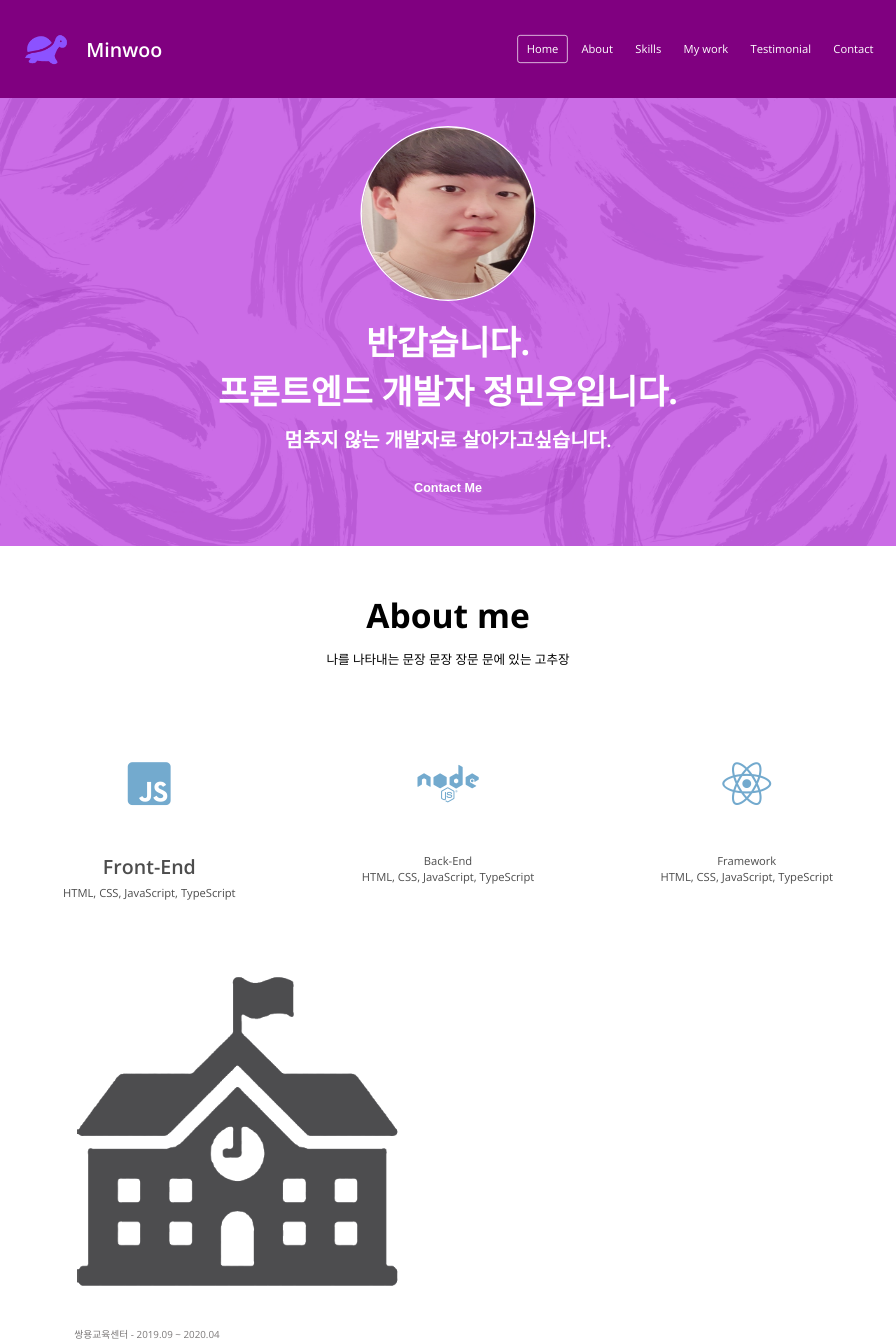
Repository: DevMinwoo-Jung/MinwooPortfolio
Page: index.html
The author's editor kept a copy of each file at every save. The page is drawn from the files as they stood at one save, then again after the next save.
The browser window is 1280 px wide. The pictures show the part of the page from y = 0 to 1920 px (the page is 5339 px tall before and 5199 px after), at 70% of full size.

Above is the page before, as saved 2021-06-01 15:16:44.

### index.html
<!DOCTYPE html>
<html lang="en">
<head>
  <meta charset="UTF-8">
  <meta http-equiv="X-UA-Compatible" content="IE=edge">
  <meta name="viewport" content="width=device-width, initial-scale=1.0">
  <title>Minwoo's Portfolio</title>
  <meta name="description" content="(will be) world-renowned Front-End Web developer Minwoo">
  <meta name="author" content= "Minwoo Jung">
  <link rel="icon" type ="image/png" href="imgs/favicon.png">
  <link rel="stylesheet" href="https://use.fontawesome.com/releases/v5.15.3/css/all.css" integrity="sha384-SZXxX4whJ79/gErwcOYf+zWLeJdY/qpuqC4cAa9rOGUstPomtqpuNWT9wdPEn2fk" crossorigin="anonymous">
  <link rel="preconnect" href="https://fonts.gstatic.com">
<link href="https://fonts.googleapis.com/css2?family=Open+Sans:wght@400;600;700&display=swap" rel="stylesheet">
<link rel="stylesheet" href="style.css">
<script src="main.js" defer></script>
</head>
<body>
  <!-- Navbar -->
  <nav id="navbar">
    <div class="navbar__logo">
      <img src="imgs/favicon.png" alt="">
      <a href="#">Minwoo</a>
    </div>
    <div class="navbar__menu">
      <ul class="navbar__menu">
        <li class="navbar__menu__item active">Home</li>
        <li class="navbar__menu__item">About</li>
        <li class="navbar__menu__item">Skills</li>
        <li class="navbar__menu__item">My work</li>
        <li class="navbar__menu__item">Testimonial</li>
        <li class="navbar__menu__item">Contact</li>
      </ul>
    </div>
  <!-- Toggle Button -->
      <button class="navbar__toggle-btn">
        <i class="fas fa-bars"></i>
      </button>
  </nav>


  <!-- Home -->
  <section id="home">
    <img src="imgs/myPhoto.jpg" alt="Minwoo's profile photo" class="home__avatar">
    <h1 class="home__title">반갑습니다. <br> 프론트엔드 개발자 정민우입니다.</h1>
    <h2 class="home__description">멈추지 않는 개발자로 살아가고싶습니다.</h2>
    <button class="home__contact">Contact Me</button>
  </section>
  <!-- About -->
  <section id="about" class="section section__container">
    <h1>About me</h1>
    <p>나를 나타내는 문장 문장 장문 문에 있는 고추장</p>
    <div class="aoubt__majors">
      <div class="major">
        <div class="major__icon">
          <i class="fab fa-js-square"></i>
        </div>
        <h2 class="major__title">Front-End</h2>
        <div class="major__description">
          HTML, CSS, JavaScript, TypeScript
        </div>
      </div>
      <div class="major">
        <div class="major__icon">
          <i class="fab fa-node"></i>
        </div>
        <div class="major__title">Back-End</div>
        <div class="major__description">
          HTML, CSS, JavaScript, TypeScript
        </div>
      </div>
      <div class="major">
        <div class="major__icon">
          <i class="fab fa-react"></i>
        </div>
        <div class="major__title">Framework</div>
        <div class="major__description">
          HTML, CSS, JavaScript, TypeScript
        </div>
      </div>
    </div>
    <div class="aoubt__jobs">
      <div class="job">
        <img src="imgs/school.png" alt="" class="job__logo">
      </div>
      <div class="job__description">
        <p class="job__period">쌍용교육센터 - 2019.09 ~ 2020.04</p>
      </div>
      <div class="job">
        <img src="imgs/school.png" alt="" class="job__logo">
      </div>
      <div class="job__description">
        <p class="job__period">호서대학교 - 2012.02 ~ 2017.02</p>
      </div>
    </div>



  </section>
  <!-- Skills -->
  <section id="skills" class="section">
    <div class="section__container">
      <h1>Skills</h1>
      <h2>Skills & Attributes</h2>
      <p>
        나를 잘 포장할 말을 쓰면 된다
      </p>
      <div class="skillset">
        <div class="skillset__left">
          <h3 class="skillset__title">Skills</h3>
          <div class="skill">
            <div class="skill__description">
              <span>HTML</span>
              <span>90%</span>
            </div>
            <div class="skill__bar">
              <div class="skill__value" style="width: 99%;"></div>
            </div>
          </div>
          <div class="skill">
            <div class="skill__description">
              <span>JavaScript</span>
              <span>90%</span>
            </div>
            <div class="skill__bar">
              <div class="skill__value"  style="width: 99%;"></div>
            </div>
          </div>
          <div class="skill">
            <div class="skill__description">
              <span>CSS</span>
              <span>90%</span>
            </div>
            <div class="skill__bar">
              <div class="skill__value"  style="width: 90%;"></div>
            </div>
          </div>
          <div class="skill">
            <div class="skill__description">
              <span>TypeScript</span>
              <span>90%</span>
            </div>
            <div class="skill__bar">
              <div class="skill__value"  style="width: 85%;"></div>
            </div>
          </div>
          <div class="skill">
            <div class="skill__description">
              <span>NodeJs</span>
              <span>90%</span>
            </div>
            <div class="skill__bar">
              <div class="skill__value"  style="width: 80%;"></div>
            </div>
          </div>
        </div>
        <div class="skillset__right">
          <div class="tools">
            <h3 class="skillset__title">Tools</h3>
            <ul class="tools__list">
              <li><span>Visual Studio Code</span></li>
              <li><span>1</span></li>
              <li><span>2</span></li>
              <li><span>3</span></li>
              <li><span>4</span></li>
            </ul>
          </div>
          <div class="etc">
            <h3 class="skillset__title">Etc</h3>
            <ul class="etc__list">
              <li><span>Git</span></li>
              <li><span>Etc</span></li>
            </ul>
          </div>
        </div>
      </div>
    </div>
  </section>
  <!-- Work -->
  <section id="work" class="section">
<div class="section__container">
  <h1>My work</h1>
  <h3>Projects</h3>
  <div class="work__categories">
    <button class="category__btn active">All <span class="category__count">8</span></button>
    <button class="category__btn">Front-End <span class="category__count">3</span></button>
    <button class="category__btn">React <span class="category__count">2</span></button>
    <button class="category__btn">vanilaJs <span class="category__count">2</span></button>
    <button class="category__btn">nodeJs <span class="category__count">1</span></button>
  </div>
  <div class="work__projects">
    <a href="mygithub" class="project" target="blank" data-type="back-end">
    <img class="project__img" src="imgs/favicon.png" alt="project1">
    <!-- 이미지 추후에 넣자 -->
    <div class="project__description">
      <h3>Proejct</h3>
      <span>Clone coding with HTML and CSS</span>
    </div>
    </a>
    <a href="mygithub" class="project" target="blank" data-type="back-end">
      <img class="project__img" src="imgs/favicon.png" alt="project1">
      <!-- 이미지 추후에 넣자 -->
      <div class="project__description">
        <h3>Proejct</h3>
        <span>Clone coding with HTML and CSS</span>
      </div>
      </a>
      <a href="mygithub" class="project" target="blank" data-type="back-end">
        <img class="project__img" src="imgs/favicon.png" alt="project1">
        <!-- 이미지 추후에 넣자 -->
        <div class="project__description">
          <h3>Proejct</h3>
          <span>Clone coding with HTML and CSS</span>
        </div>
      </a>
      <a href="mygithub" class="project" target="blank" data-type="back-end">
        <img class="project__img" src="imgs/favicon.png" alt="project1">
        <!-- 이미지 추후에 넣자 -->
        <div class="project__description">
          <h3>Proejct</h3>
          <span>Clone coding with HTML and CSS</span>
        </div>
      </a>
      <a href="mygithub" class="project" target="blank" data-type="back-end">
        <img class="project__img" src="imgs/favicon.png" alt="project1">
        <!-- 이미지 추후에 넣자 -->
        <div class="project__description">
          <h3>Proejct</h3>
          <span>Clone coding with HTML and CSS</span>
        </div>
      </a>
      <a href="mygithub" class="project" target="blank" data-type="back-end">
        <img class="project__img" src="imgs/favicon.png" alt="project1">
        <!-- 이미지 추후에 넣자 -->
        <div class="project__description">
          <h3>Proejct</h3>
          <span>Clone coding with HTML and CSS</span>
        </div>
      </a>
      <a href="mygithub" class="project" target="blank" data-type="back-end">
        <img class="project__img" src="imgs/favicon.png" alt="project1">
        <!-- 이미지 추후에 넣자 -->
        <div class="project__description">
          <h3>Proejct</h3>
          <span>Clone coding with HTML and CSS</span>
        </div>
      </a>
      <a href="mygithub" class="project" target="blank" data-type="back-end">
        <img class="project__img" src="imgs/favicon.png" alt="project1">
        <!-- 이미지 추후에 넣자 -->
        <div class="project__description">
          <h3>Proejct</h3>
          <span>Clone coding with HTML and CSS</span>
        </div>
      </a>
  </div>
</div>
  </section>
  <!-- Testimonials -->
  <section id="testimonials" class="section">
<div class="section__container">
  <h1>Testmonials</h1>
  <h3>See what they say about me</h3>
  <div class="testimonials">
    <div class="testimonial">
      <img src="imgs/testimonail/people.jpg" alt="" class="testimonial__avatar">
      <div class="testimonail__speech-bubble">
        <p>Lorem Ipsum is simply dummy text of the printing and typesetting industry. Lorem Ipsum has been the industry's standard dummy text ever since the 1500s, when an unknown printer took a galley of type and scrambled it to make a type specimen book. It has survived not only five centuries, but also the leap into electronic typesetting, remaining essentially unchanged. It was popularised in the 1960s with the release of Letraset sheets containing Lorem Ipsum passages, and more recently with desktop publishing software like Aldus PageMaker including versions of Lorem Ipsum.</p>
        <p class="name"><a href="">이름</a>일한곳</p>
      </div>
    </div>
    <div class="testimonial">
      <div class="testimonail__speech-bubble">
        <p>Lorem Ipsum is simply dummy text of the printing and typesetting industry. Lorem Ipsum has been the industry's standard dummy text ever since the 1500s, when an unknown printer took a galley of type and scrambled it to make a type specimen book. It has survived not only five centuries, but also the leap into electronic typesetting, remaining essentially unchanged. It was popularised in the 1960s with the release of Letraset sheets containing Lorem Ipsum passages, and more recently with desktop publishing software like Aldus PageMaker including versions of Lorem Ipsum.</p>
        <p class="name"><a href="">이름</a>일한곳</p>
      </div>
      <img src="imgs/testimonail/people.jpg" alt="" class="testimonial__avatar">
    </div>
  </div>
</div>
  </section>
  <!-- Contact -->
  <section id="contact" class="section">
    <h1 class="contact__title">Let's talk</h1>
    <h2 class="contact__email">applejung312@gmail.com</h2>
    <div class="contact__links">
      <a href="https://github.com/DevMinwoo-Jung" target="_blank">
        <i class="fab fa-github"></i>
      </a>
      <a href="https://dev-minwoo.tistory.com/" target="_blank">
        <i class="fas fa-blog"></i>
      </a>
    </div>
    <p class="contact__right">
      2021 Minwoo Jung - All rights reseverd
    </p>
  </section>
</body>
</html>

### style.css
/* Global */
:root {
  /* Color */
  --color-white: #ffffff;
  --color-light-white: #eeeeee;
  --color-dark-white: #bdbdbd;
  --color-pink: #fe918d;
  --color-dark-pink: #ff6863;
  --color-dark-grey: #4d4d4d;
  --color-grey: #616161;
  --color-light-grey: #7c7979;
  --color-blue: #73aace;
  --color-yellow: #fff7d1;
  --color-orange: #feb546;
  --color-black: #000000;
  --color-dard-purple: rgb(78, 23, 69);

  /* Font size */
  --font-large: 48px;
  --font-medium: 28px;
  --font-regular: 18px;
  --font-small: 16px;
  --font-micro: 14px;

  /* Font weight */
  --weight-bold: 700;
  --weight-semi-bold: 600;
  --weight-regular: 400;

  /* Size */
  --size-border-radius: 4px;

  /* Animation Duration */
  --animation-duration: 300ms;
}

/* Universal tags */
* {
  box-sizing: border-box;
}

/* Typography */
h1 {
  font-size: var(--font-large);
  font-weight: var(--weight-bold);
  color: var(--color-black);
  margin: 16px 0px;
}

h2 {
  font-size: var(--font-medium);
  font-weight: var(--weight-semi-bold);
  color: var(--color-black);
  margin: 8px 0;
}

h3 {
  font-size: var(--font-regular);
  font-weight: var(--weight-regular);
  color: var(--color-black);
  margin: 8px 0;
}

p {
  font-size: var(--font-regular);
  font-weight: var(--weight-regular);
  color: var(--color-black);
  margin: 16px 0;
}

body {
  margin: 0;
  font-family: "Open Sans", sans-serif;
  cursor: default;
}

a {
  text-decoration: none;
  color: var(--color-white);
}

ul {
  list-style: none;
  padding-left: 0;
}

li {
  list-style: none;
}

button {
  background-color: transparent;
  cursor: pointer;
  border: none;
  outline: none;
}

/* Navbar */
#navbar {
  display: flex;
  justify-content: space-between;
  background-color: purple;
  align-items: center;
  padding: 16px;
}

.navbar__menu {
  display: flex;
}

.navbar__menu__item {
  padding: 8px 12px;
  margin: 0 4px;
  cursor: pointer;
  color: var(--color-white);
}

.navbar__menu__item.active {
  border: 1px solid var(--color-white);
  border-radius: var(--size-border-radius);
}

.navbar__menu__item:hover {
  background-color: var(--color-dard-purple);
  border-radius: var(--size-border-radius);
}

.navbar__logo {
  font-size: var(--font-medium);
  font-weight: var(--weight-semi-bold);
  color: white;
}

.navbar__logo img {
  height: 100px;
  width: 100px;
}

.navbar__logo a {
  position: relative;
  bottom: 35px;
}

.navbar__toggle-btn {
  position: absolute;
  right: 32px;
  font-size: 24px;
  color: var(--color-white);
  top: 24px;
  display: none;
}

.scrollNav {
  color: black;
  position: fixed;
}

/* Home */
#home {
  background: url("imgs/background\ Img.png") center/cover no-repeat;
  padding: 40px;
  text-align: center;
}

.home__avatar {
  width: 250px;
  height: 250px;
  border-radius: 50%;
  border: 2px solid var(--color-white);
}

.home__title,
.home__description {
  color: var(--color-white);
}

.home__contact {
  color: var(--color-white);
  font-size: var(--font-regular);
  font-weight: var(--weight-bold);
  margin: 24px;
  padding: 8px 12px;
  border: 2px solid (var(--color-white));
  border-radius: var(--size-border-radius);
}

/* Section common */
.section {
  margin: auto;
  padding: 50px;
  text-align: center;
}

.section__container {
  max-width: 1200px;
  margin: auto;
}

/* About */
.aoubt__majors {
  display: flex;
  justify-content: space-between;
  margin: 80px 0;
}

.major__icon {
  width: 170px;
  height: 170px;
  font-size: 70px;
  line-height: 170px;
  margin: auto;
  border: 1px solid var(--color-white);
  border-radius: 50%;
  margin-bottom: 16px;
  color: var(--color-blue);
}

.major__icon i {
  transition: all var(--animation-duration) ease;
}

.major__icon:hover i {
  color: var(--color-pink);
  transform: rotate(-30deg) scale(1.1);
}

/*
.major__icon i:hover{
  이렇게하면 i에 올려났을때만 변하지만
  위처럼하면 icon에 올렸을때 i만 변한다
  color: var(--color-pink);
  transform: rotate(-30deg) scale(1.1);
} */

.major__title,
.major__description {
  color: var(--color-dark-grey);
}

.major__description {
  font-size: var(--font-small);
}

.job {
  display: flex;
  align-items: center;
}

.job__description {
  margin: 0 16px;
  text-align: left;
}

.job__name,
.job__period {
  color: var(--color-light-grey);
}

.job__name {
  font-size: var(--font-small);
}

.job__period {
  font-size: var(--font-micro);
}

/* Skill */
#skills {
  background-color: var(--color-yellow);
}

.skillset {
  display: flex;
  background-color: var(--color-light-grey);
  color: var(--color-light-white);
  margin: 20px 0;
}

.skillset__title {
  color: var(--color-white);
}

.skillset__left {
  flex-basis: 60%;
  background-color: var(--color-dark-grey);
  color: var(--color-white);
  padding: 20px 40px;
}

.skill__description {
  display: flex;
  justify-content: space-between;
}

.skillset__right {
  flex-basis: 40%;
}

.tools {
  background-color: var(--color-grey);
}

.skill__bar {
  width: 100%;
  height: 3px;
  background-color: var(--color-grey);
}

.skill {
  margin-bottom: 32px;
}

.skill__value {
  height: 3px;
  background-color: var(--color-orange);
}

.tolls,
.etc {
  padding: 20px;
}

/* Work */
.work__categories {
  margin: 40px;
}

.category__btn {
  border: 1px solid var(--color-dark-grey);
  border-radius: var(--size-border-radius);
  font-size: var(--font-regular);
  padding: 8px 48px;
}

.category__btn.active,
.category__btn:hover {
  background-color: var(--color-pink);
  color: var(--color-white);
}

.category__btn.active,
.category__count,
.category__btn:hover .category__count {
  opacity: 1;
  top: 0;
}
.category__count {
  background-color: var(--color-orange);
  border-radius: 50%;
  color: var(--color-white);
  width: 24px;
  height: 24px;
  display: inline-block;
  line-height: 24px;
  position: relative;
  top: -20px;
  left: 4px;
  opacity: 0;
  transition: all var(--animation-duration);
}

.work__projects {
  display: flex;
  flex-wrap: wrap;
  justify-content: center;
}

.project {
  width: 280px;
  display: flex;
  justify-content: center;
  align-items: center;
  height: 250px;
  margin: 2px;
  background-color: var(--color-light-white);
  position: relative;
}

.project__img {
  max-width: 100%;
  max-height: 100%;
  align-self: center;
}

.project__description {
  position: absolute;
  top: 0;
  left: 0;
  width: 100%;
  height: 100%;
  display: flex;
  flex-direction: column;
  justify-content: center;
  opacity: 0;
  transition: all var(--animation-duration) ease-in;
  transform: translateY(10px);
  background-color: black;
}

.project:hover .project__description {
  opacity: 0.8;
  transform: translateY(0px);
}

.project__description h3 {
  color: var(--color-white);
}

.project__description h3:after {
  content: "";
  display: block;
  position: relative;
  width: 25px;
  height: 25px;
  left: 50%;
  margin-left: -12px;
  background-color: var(--color-dark-white);
}

/* Testimonial */
#testimonials {
  background-color: var(--color-dark-white);
}

.testimonials {
  margin: 40px;
}

.testimonial {
  display: flex;
  margin: 32px 0;
}

.testimonial__avatar {
  width: 150px;
  height: 150px;
  border-radius: 50%;
}

.testimonial__avatar:nth-child(odd) {
  margin-right: 40px;
}

.testimonial__avatar:nth-child(even) {
  margin-left: 40px;
}

.testimonail__speech-bubble {
  padding: 18px;
  background-color: var(--color-white);
  border-radius: var(--size-border-radius);
}

.testimonail__speech-bubble p {
  color: var(--color-light-grey);
}

.testimonail__speech-bubble a {
  color: var(--color-pink);
}

/* Contact */

#contact {
  background-color: var(--color-pink);
}

.contact__title,
.contact__email,
.contact__rights {
  color: var(--color-white);
}

.contact__title {
  margin: 32px 0;
}

.contact__links {
  font-size: var(--font-large);
  margin: 24px 0;
}

.contact__links i:hover {
  transform: scale(1.1);
  color: var(--color-yellow);
  transition: all var(--animation-duration) ease-in;
}

@media screen and (max-width: 768px) {
  .navbar__toggle-btn {
    display: block;
  }
  #navbar {
    flex-direction: column;
    align-items: flex-start;
  }
  .navbar__menu {
    flex-direction: column;
    text-align: center;
    width: 100%;
    display: none;
  }

  .about__majors {
    flex-direction: column;
  }

  .major {
    margin-bottom: 38px;
  }

  .skillset {
    flex-direction: column;
  }

  .project {
    flex-grow: 1;
  }

  .testimonail__avatar {
    width: 80px;
    height: 80px;
  }
}

### main.js
const scroll = window.scrollY; // 0 ~
let navbar = document.getElementById('navbar').offsetHeight; // 139

console.log(navbar);
console.log(scroll);

function changeNav(){
  if(window.scrollY){
   // document.getElementById('navbar').style.position = "fixed";
    console.log(1);

  } else if(window.scrollY < navbar){
    console.log(2);
  }

};

changeNav();

After the next save:
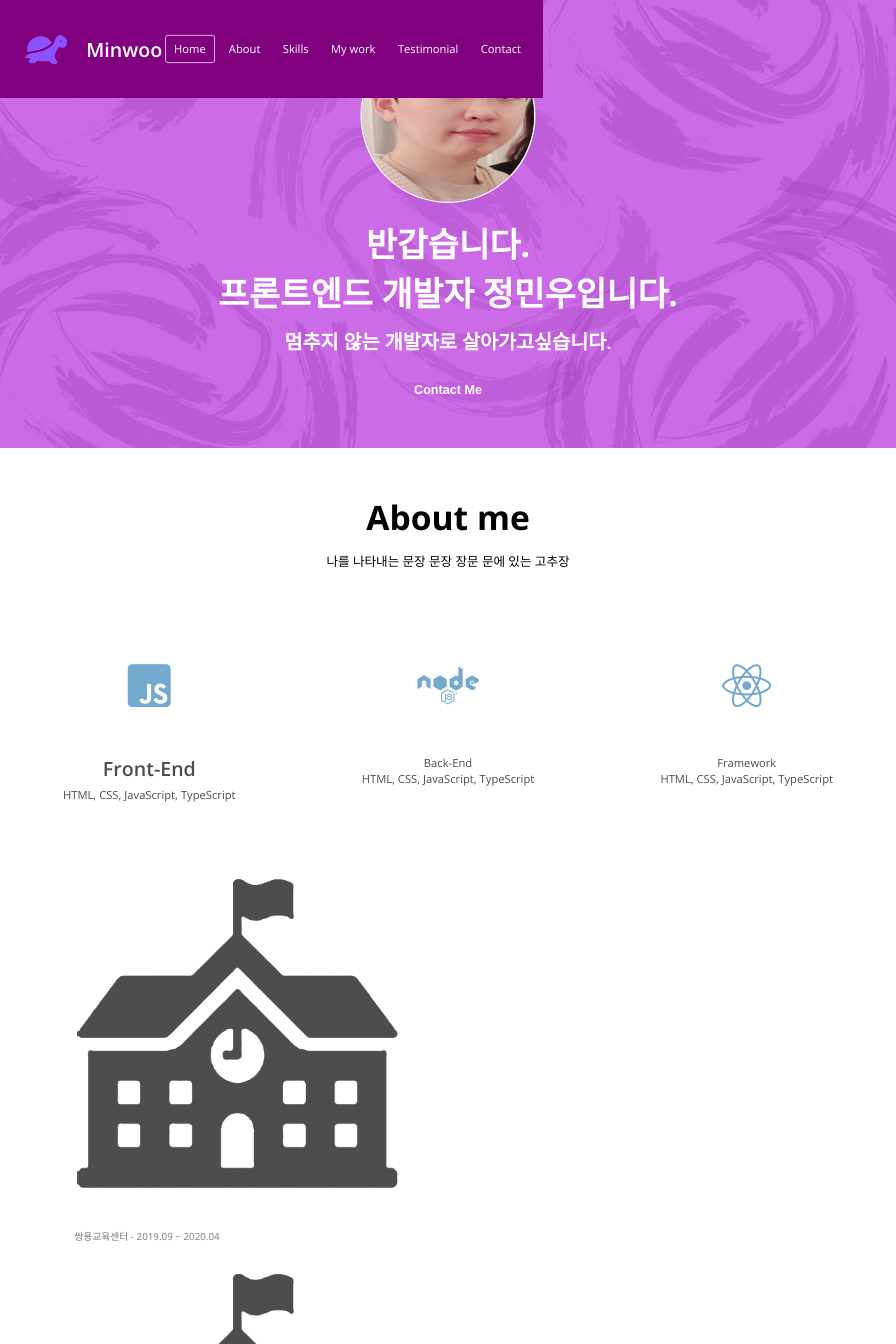
Saved 40 s later.
--- a/style.css
+++ b/style.css
@@ -102,6 +102,7 @@ button {
   background-color: purple;
   align-items: center;
   padding: 16px;
+  position: fixed;
 }
 
 .navbar__menu {
@@ -148,11 +149,6 @@ button {
   color: var(--color-white);
   top: 24px;
   display: none;
-}
-
-.scrollNav {
-  color: black;
-  position: fixed;
 }
 
 /* Home */
